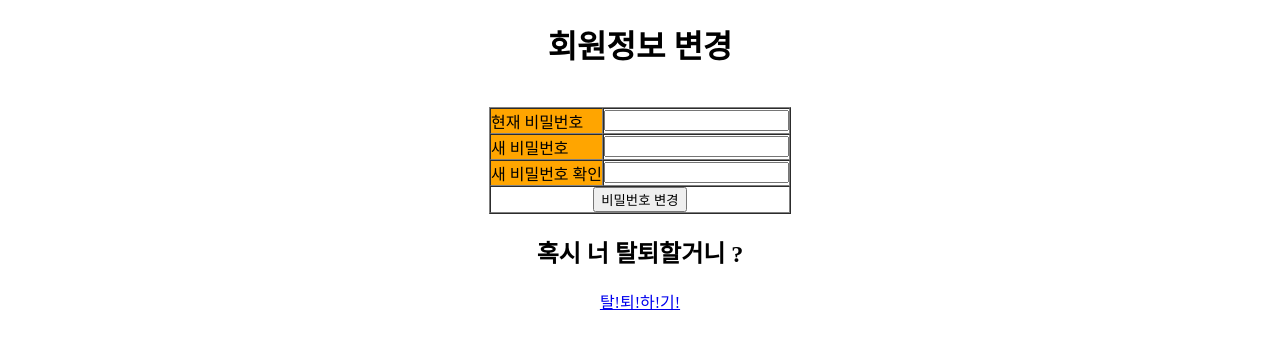
Repository: teeeeeeemo/workspace_spring
Page: http://localhost/BoardWeb/changeUserInfo.jsp
An editor plug-in stored every save of this project. The page is shown before and after the next save, followed by the edit.
The browser window is 1280 px wide. The pictures show the whole page.
The page is served by Tomcat 9. Nobody is signed in. The application's start-up code is not run. Other server files are loaded and not shown.

Above is the page before, as saved 2017-01-29 09:17:36.

### BoardWeb/src/main/webapp/changeUserInfo.jsp
<%@ page language="java" contentType="text/html; charset=UTF-8"
	pageEncoding="UTF-8"%>
<!DOCTYPE html PUBLIC "-//W3C//DTD HTML 4.01 Transitional//EN" "http://www.w3.org/TR/html4/loose.dtd">
<html>
<head>
<meta http-equiv="Content-Type" content="text/html; charset=UTF-8">
<title>Insert title here</title>
</head>
<body>
	<center>
		<h1>회원정보 변경</h1>
		<br />
		<form action="changeUserInfo.do" method="post"
			onsubmit="return input_check_func()">
			<table border="1" cellpadding="0" cellspacing="0">
				<tr>
					<td bgcolor="orange">현재 비밀번호</td>
					<td><input type="password" id="password" name="password" value=""></td>
				</tr>
				<tr>
					<td bgcolor="orange">새 비밀번호</td>
					<td><input type="password" id="newPassword" name="newPassword" value=""></td>
				</tr>
				<tr>
					<td bgcolor="orange">새 비밀번호 확인</td>
					<td><input type="password" id="newPasswordCheck" name="newPasswordCheck" value=""></td>
				</tr>
				<tr>
					<td colspan="2" align="center"><input type="submit"
						value="비밀번호 변경" /></td>
				</tr>
			</table>
		</form>

		<h2>혹시 너 탈퇴할거니 ? </h2>
		${userVO.name }
		<a href="deleteUser.do?id=${userVO.id }">탈!퇴!하!기!</a>


	</center>
	<script>
    // input_check_func는 비번 변경 3가지 문항을 전부다 채워 넣었는지 check 해준다
    // 이는 form onsubmit에 의해 발동되며 return 값이 false 일 경우 페이지의 데이터가 action= 좌표로 넘어가지 않게된다
    function input_check_func() {
        var password = document.getElementById('password').value;
        var newPassword = document.getElementById('newPassword').value;
        var newPasswordCheck = document.getElementById('newPasswordCheck').value;

        if(password == null || newPassword == null || newPasswordCheck == null ||
        		password == "" || newPassword == ""   || newPasswordCheck == "") {
            alert("다 입력해야지 바부야");
            return false;
        }
        // 새로운 비밀번호와 새로운 비밀번호 확인 input에 적은 값이 다르다면 경고창을 띄우고 false를 반환해서 action을 막는다
        else if ( newPassword != newPasswordCheck ) {
            alert("새 비번 두개 다 똑같이 입력해야지!!!!");
            return false;
        } else {
            // input들이 공백인지, 새 비밀번호와 새 비밀번호 확인 유무가 통과되면 action=좌표 로 이동한다
            // 여기서 현재 비밀번호가 맞는지 안맞는지는 확인안한다 조금 어렵더라고
            return true;
        }
    }
    </script>

</body>

</html>

After the next save:
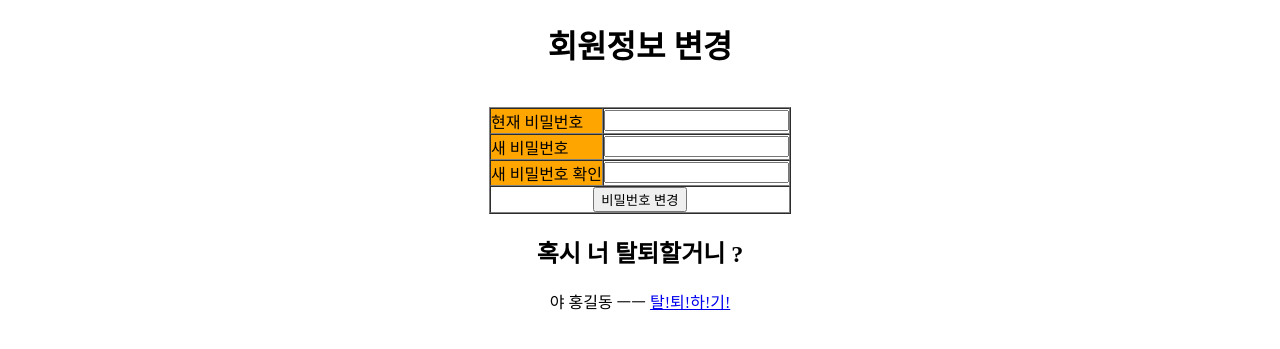
Saved 11 s later.
--- a/BoardWeb/src/main/webapp/changeUserInfo.jsp
+++ b/BoardWeb/src/main/webapp/changeUserInfo.jsp
@@ -33,6 +33,7 @@
 		</form>
 
 		<h2>혹시 너 탈퇴할거니 ? </h2>
+		야 홍길동 ㅡㅡ
 		${userVO.name }
 		<a href="deleteUser.do?id=${userVO.id }">탈!퇴!하!기!</a>
 

After the save that followed:
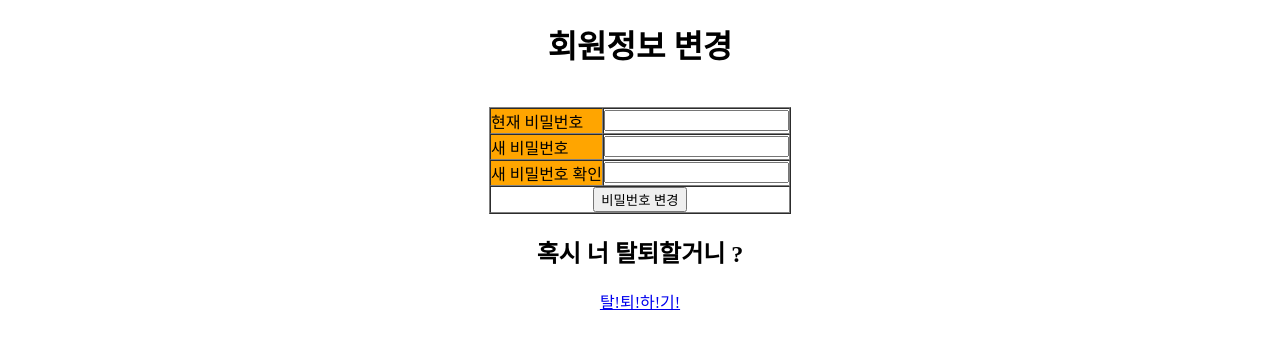
Saved 13 s later.
--- a/BoardWeb/src/main/webapp/changeUserInfo.jsp
+++ b/BoardWeb/src/main/webapp/changeUserInfo.jsp
@@ -33,8 +33,7 @@
 		</form>
 
 		<h2>혹시 너 탈퇴할거니 ? </h2>
-		야 홍길동 ㅡㅡ
-		${userVO.name }
+		${user.name }
 		<a href="deleteUser.do?id=${userVO.id }">탈!퇴!하!기!</a>
 
 
